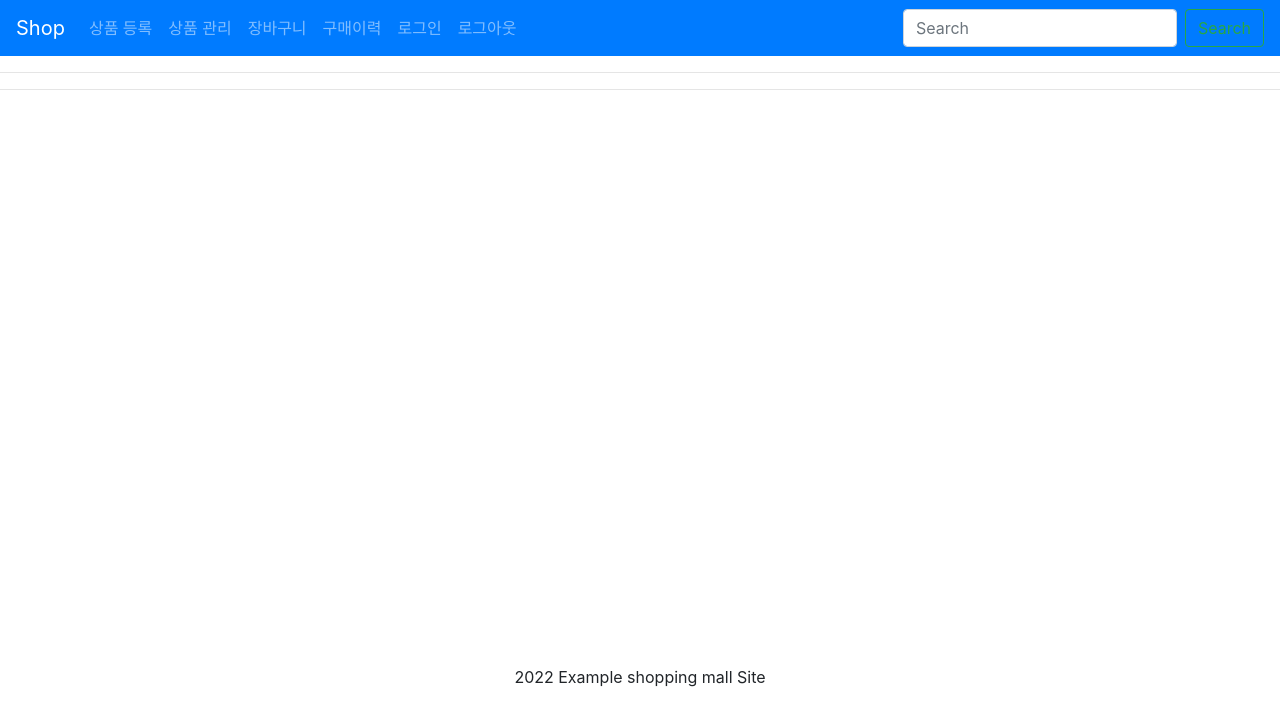
Repository: Hewn05/gitHub
Page: http://localhost/layouts/layout1
These files come from the project's save history. The page is drawn as it stood at one moment and after the next save; the edit follows.
The browser window is 1280 px wide. The pictures show the whole page.
The page is this project's Thymeleaf template; nobody is signed in. The template is opened directly, without the code that normally fills it, so the values that code supplies are empty.

Above is the page before, as saved 2022-11-16 08:20:10.

### springPrac/P25ShopJPA/src/main/resources/templates/layouts/layout1.html
<!DOCTYPE html>
<html xmlns:th="http://www.thymeleaf.org"
      xmlns:layout="http://www.ultraq.net.nz/thymeleaf/layout">
<head>
<meta charset="UTF-8">
<title>Title</title>

<!-- CSS only -->
<!-- 	<link href="https://cdn.jsdelivr.net/npm/bootstrap@5.2.2/dist/css/bootstrap.min.css" rel="stylesheet" integrity="sha384-Zenh87qX5JnK2Jl0vWa8Ck2rdkQ2Bzep5IDxbcnCeuOxjzrPF/et3URy9Bv1WTRi" crossorigin="anonymous"> -->
<link rel="stylesheet" href="https://stackpath.bootstrapcdn.com/bootstrap/4.5.2/css/bootstrap.min.css">
<link th:href="@{/css/layout1.css}" rel="stylesheet">

<!-- JS, Popper.js, and jQuery -->
<!-- <script src="https://code.jquery.com/jquery-3.5.1.min.js"></script>
<script src="https://cdn.jsdelivr.net/npm/popper.js@1.16.1/dist/umd/popper.min.js"></script>
<script src="https://stackpath.bootstrapcdn.com/bootstrap/4.5.2/js/bootstrap.min.js"></script>
 -->
 	<script src="https://code.jquery.com/jquery-3.6.1.min.js" integrity="sha256-o88AwQnZB+VDvE9tvIXrMQaPlFFSUTR+nldQm1LuPXQ=" crossorigin="anonymous"></script>
 	<script src="https://cdnjs.cloudflare.com/ajax/libs/popper.js/2.11.6/umd/popper.min.js" integrity="sha512-6UofPqm0QupIL0kzS/UIzekR73/luZdC6i/kXDbWnLOJoqwklBK6519iUnShaYceJ0y4FaiPtX/hRnV/X/xlUQ==" crossorigin="anonymous" referrerpolicy="no-referrer"></script>

<th:block layout:fragment="script"></th:block>
<th:block layout:fragment="css"></th:block>

</head>
<body>

	<div th:replace="fragments/header::header"></div>
	<hr/>
	<div layout:fragment="content">
	</div>
	<hr/>
	<div th:replace="fragments/footer::footer"></div>

	<script src="https://cdn.jsdelivr.net/npm/bootstrap@5.2.2/dist/js/bootstrap.bundle.min.js" integrity="sha384-OERcA2EqjJCMA+/3y+gxIOqMEjwtxJY7qPCqsdltbNJuaOe923+mo//f6V8Qbsw3" crossorigin="anonymous"></script>
</body>
</html>

### springPrac/P25ShopJPA/src/main/resources/templates/fragments/header.html
<!DOCTYPE html>
<html xmlns:th="http://www.thymeleaf.org">

<div th:fragment="header">
    <nav class="navbar navbar-expand-sm bg-primary navbar-dark">
        <button class="navbar-toggler" type="button" data-toggle="collapse"
                data-target="#navbarTogglerDemo03" aria-controls="navbarTogglerDemo03"
                aria-expanded="false" aria-label="Toggle navigation">
            <span class="navbar-toggler-icon"></span>
        </button>
        <a class="navbar-brand" href="/">Shop</a>

        <div class="collapse navbar-collapse" id="navbarTogglerDemo03">
            <ul class="navbar-nav mr-auto mt-2 mt-lg-0">
                <li class="nav-item">
                    <a class="nav-link" href="/admin/item/new">상품 등록</a>
                </li>
                <li class="nav-item">
                    <a class="nav-link" href="/admin/items">상품 관리</a>
                </li>
                <li class="nav-item">
                    <a class="nav-link" href="/cart">장바구니</a>
                </li>
                <li class="nav-item">
                    <a class="nav-link" href="/orders">구매이력</a>
                </li>
                <li class="nav-item">
                    <a class="nav-link" href="/members/login">로그인</a>
                </li>
                <li class="nav-item">
                    <a class="nav-link" href="/members/logout">로그아웃</a>
                </li>
            </ul>
            <form class="form-inline my-2 my-lg-0" th:action="@{/}" method="get">
                <input name="searchQuery" class="form-control mr-sm-2" type="search" placeholder="Search" aria-label="Search">
                <button class="btn btn-outline-success my-2 my-sm-0" type="submit">Search</button>
            </form>
        </div>
    </nav>
</div>

</html>

### springPrac/P25ShopJPA/src/main/resources/templates/fragments/footer.html
<!DOCTYPE html>
<html xmlns:th="http://www.thymeleaf.org">
   <div class="footer" th:fragment="footer">
      <footer class="page-footer font-small cyan darken-3">
         <div class="footer-copyright text-center py-3">
         	2022 Example shopping mall Site
         </div>
      </footer>
   </div>
</html>

Loaded but not shown: springPrac/P25ShopJPA/src/main/resources/static/css/layout1.css (common file)

After the next save:
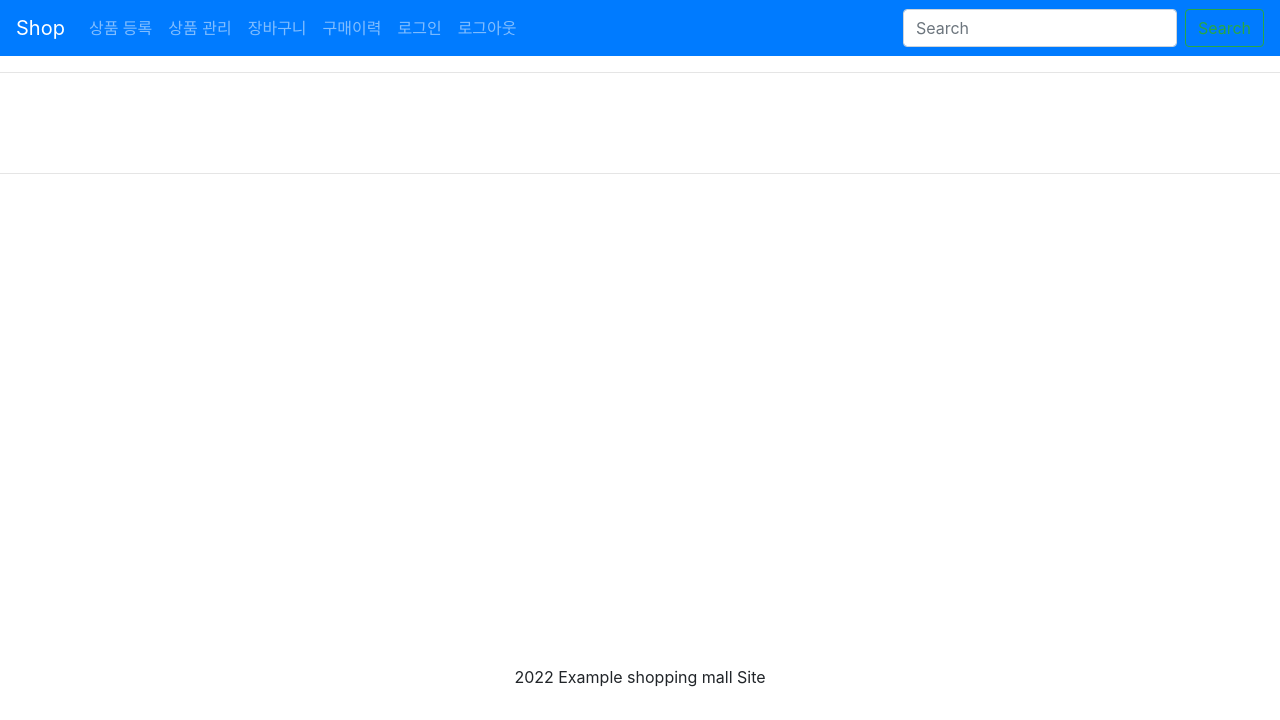
Saved 11 min 50 s later.
--- a/springPrac/P25ShopJPA/src/main/resources/templates/layouts/layout1.html
+++ b/springPrac/P25ShopJPA/src/main/resources/templates/layouts/layout1.html
@@ -26,7 +26,7 @@
 
 	<div th:replace="fragments/header::header"></div>
 	<hr/>
-	<div layout:fragment="content">
+	<div layout:fragment="content" class="content">
 	</div>
 	<hr/>
 	<div th:replace="fragments/footer::footer"></div>
